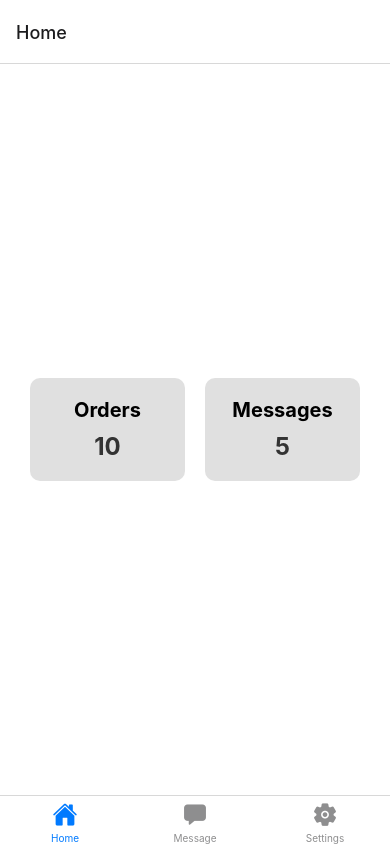
Repository: Waikato153/AwesomeProject
Screen: /
The author's editor kept a copy of each file at every save. The screen is drawn from the files as they stood at one save, then again after the next save.
The app was drawn by React Native's web renderer in a window 390 px wide. The project was rebuilt for these pictures with package versions that can differ from the ones it lists, and the page was loaded fresh each time.

Above is the screen before, as saved 2024-02-28 15:54:55.

After the next save:
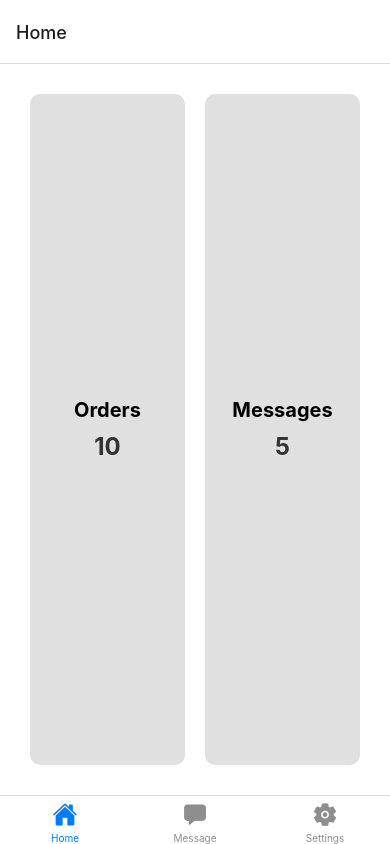
Saved 10 s later.
--- a/screens/HomeScreen.js
+++ b/screens/HomeScreen.js
@@ -21,7 +21,7 @@
     flex: 1,
     flexDirection: 'row',
     justifyContent: 'space-around',
-    alignItems: 'center',
+    alignItems: 'top',
     backgroundColor: '#ffffff',
     padding: 20,
   },

After the save that followed:
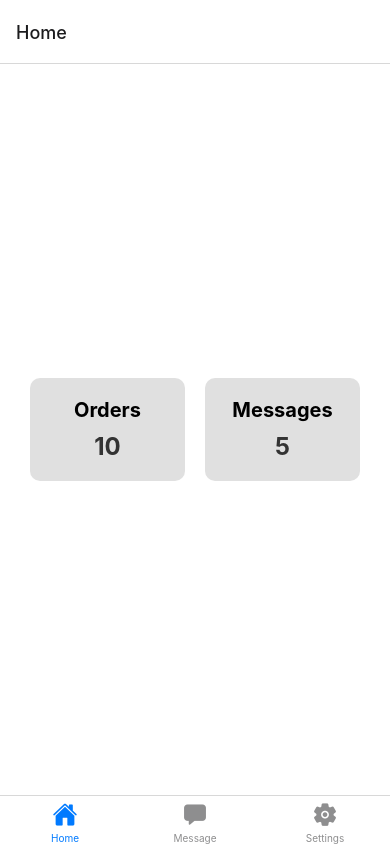
Saved 19 s later.
--- a/screens/HomeScreen.js
+++ b/screens/HomeScreen.js
@@ -21,7 +21,7 @@
     flex: 1,
     flexDirection: 'row',
     justifyContent: 'space-around',
-    alignItems: 'top',
+    alignItems: 'center',
     backgroundColor: '#ffffff',
     padding: 20,
   },
